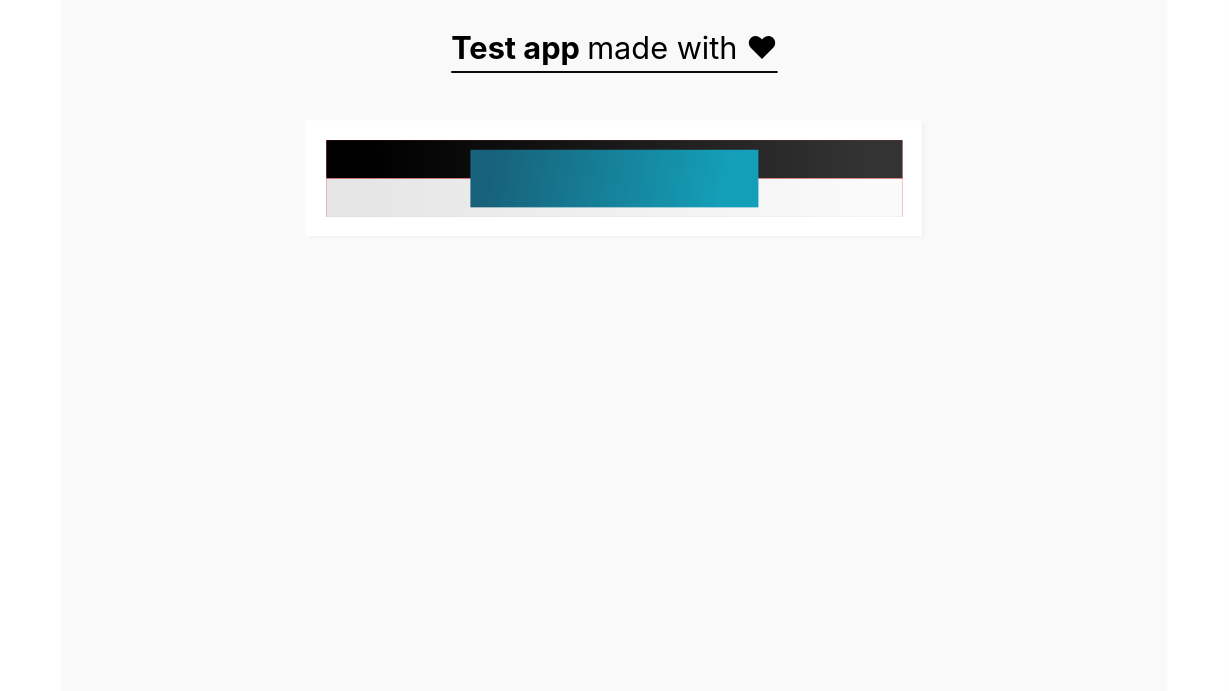
Repository: Khattak01/test-app
Page: /
These files come from the project's save history. The page is drawn as it stood at one moment and after the next save; the edit follows.
The browser window is 1280 px wide. The pictures show the whole page, at 96% of full size.
The project was rebuilt for these pictures with package versions that can differ from the ones it lists, and the page was loaded fresh each time.

Above is the page before, as saved 2021-05-12 08:06:57.

### public/index.html
<!DOCTYPE html>
<html lang="en">
  <head>
    <meta charset="utf-8" />
    <link rel="icon" href="%PUBLIC_URL%/favicon.ico" />
    <meta name="viewport" content="width=device-width, initial-scale=1" />
    <meta name="theme-color" content="#000000" />
    <meta
      name="description"
      content="Web site created using create-react-app"
    />
    <link rel="apple-touch-icon" href="%PUBLIC_URL%/logo192.png" />
    <!--
      manifest.json provides metadata used when your web app is installed on a
      user's mobile device or desktop. See https://developers.google.com/web/fundamentals/web-app-manifest/
    -->
    <link rel="manifest" href="%PUBLIC_URL%/manifest.json" />
    <!--
      Notice the use of %PUBLIC_URL% in the tags above.
      It will be replaced with the URL of the `public` folder during the build.
      Only files inside the `public` folder can be referenced from the HTML.

      Unlike "/favicon.ico" or "favicon.ico", "%PUBLIC_URL%/favicon.ico" will
      work correctly both with client-side routing and a non-root public URL.
      Learn how to configure a non-root public URL by running `npm run build`.
    -->
    <title>Test App</title>
  </head>
  <body>
    <noscript>You need to enable JavaScript to run this app.</noscript>
    <div id="root"></div>
    <!--
      This HTML file is a template.
      If you open it directly in the browser, you will see an empty page.

      You can add webfonts, meta tags, or analytics to this file.
      The build step will place the bundled scripts into the <body> tag.

      To begin the development, run `npm start` or `yarn start`.
      To create a production bundle, use `npm run build` or `yarn build`.
    -->
  </body>
</html>

### src/index.js
import React from 'react';
import ReactDOM from 'react-dom';
import './index.css';
import App from '../src/components/app/App';

ReactDOM.render(
  <React.StrictMode>
      <App />
  </React.StrictMode>,
  document.getElementById('root')
);

### src/index.css
*{
  margin: 0;
  padding: 0;
  box-sizing: border-box;
}
body {
  margin: 0;
  font-family: -apple-system, BlinkMacSystemFont, 'Segoe UI', 'Roboto', 'Oxygen',
    'Ubuntu', 'Cantarell', 'Fira Sans', 'Droid Sans', 'Helvetica Neue',
    sans-serif;
  -webkit-font-smoothing: antialiased;
  -moz-osx-font-smoothing: grayscale;
}

code {
  font-family: source-code-pro, Menlo, Monaco, Consolas, 'Courier New',
    monospace;
}

.container{
  width:90%;
  margin:auto auto;
  background-color: #f9f9f9;
  padding: 10px;
}

### src/components/app/App.js
import React from 'react'
import './App.css'
import Banner from '../banner/Banner'

const App = () => {
    return (
        <div className="app container">
            <h1>Test app <span style={{fontWeight:'lighter'}}> made with </span> &#10084;</h1>
            <Banner />
        </div>
    )
}

export default App

### src/components/app/App.css
.app {
  padding: 30px 0;
  min-height: 100vh;
  text-align: center;
}
.app > h1 {
  display: inline-block;

  text-align: center;
  width: max-content;
  padding-bottom: 5px;
  border-bottom: 2px solid black;
  margin-bottom: 50px;
}

:root {
  --color-primary: linear-gradient(
    100.28537797494744deg,
    rgba(23, 98, 122, 1) 6.8671875%,
    rgba(23, 98, 122, 1) 8.216145833333332%,
    rgba(20, 159, 184, 1) 87.80468749999999%
  );

  --color-dark: linear-gradient(
    89.76211853375082deg,
    rgba(0, 0, 0, 1) 5.893229166666666%,
    rgba(0, 0, 0, 1) 7.356770833333332%,
    rgba(51, 51, 51, 1) 93.70572916666666%
  );

  --color-light: linear-gradient(
    89.76211853375082deg,
    rgba(230, 230, 230, 1) 5.893229166666666%,
    rgba(230, 230, 230, 1) 7.356770833333332%,
    rgba(250, 250, 250, 1) 93.70572916666666%
  );
}

### src/components/banner/Banner.js
import React from 'react'
import classes from './Banner.module.css'

import Box from '../../UI/box/Box'

const Banner = () => {

    return (
        <Box className={classes.banner}>
            {/* <h1>Test App</h1>
            <button className={classes.banner__btn}>Button</button> */}
            <div className={classes.banner__top}></div>
            <div className={classes.banner__center}></div>
            <div className={classes.banner__bottom}></div>
        </Box>
    )
}

export default Banner

### src/components/banner/Banner.module.css
.banner {
  width: 100%;
  max-width: 40rem;
  min-width: 50vh;
  /* border: 1px solid black; */
  margin: auto auto;
  padding: 20px;
  position: relative;
}

.banner__top,.banner__bottom{
  height: 40px;
  width: 100%;
  background-color: red;
}
.banner__top{
  background-image: var(--color-dark);
}
.banner__center{
  position: absolute;
  top: 50%;
  left: 50%;
  transform: translate(-50%,-50%);

  background-image: var(--color-primary);
  width: 300px;
  height:60px
}
.banner__bottom{
  background-image: var(--color-light)
}



.banner__btn {
  margin: auto auto;
  width: 300px !important;
  display: flex;
  justify-content: center;
  align-items: center;
  /* background:#1AAB8A; */

  background-image: var(--color-primary);

  color: #fff;
  border: none;
  position: relative;
  height: 60px;
  font-size: 18px;
  padding: 0 20px;
  cursor: pointer;
  transition: 800ms ease all;
  outline: none;
}
.banner__btn:hover {
  background: #fff;
  color: #1aab8a;
}
.banner__btn:before,
.banner__btn:after {
  content: "";
  position: absolute;
  top: 0;
  right: 0;
  height: 2px;
  width: 0;
  background: #1aab8a;
  transition: 400ms ease all;
}
.banner__btn:after {
  right: inherit;
  top: inherit;
  left: 0;
  bottom: 0;
}
.banner__btn:hover:before,
.banner__btn:hover:after {
  width: 100%;
  transition: 800ms ease all;
}

### src/UI/box/Box.js

import React from 'react'
import classes from './Box.module.css'

const Box = (props) => {
    return (
        <div onClick={props.onClick} className={[classes.box,props.className].join(' ')}>
            {props.children}
        </div>
    )
}

export default Box

### src/UI/box/Box.module.css
.box {
  background-color: #ffffff;
  transition: all 0.25s cubic-bezier(0.86, 1.26, 0.59, 1.03);
  /* min-height: 1rem; */
  /* padding: 1rem; */
  /* border-radius: 1rem; */
  box-shadow: 2px 2px 2px #f2f2f2, -2px -1px 3px #ffffff;
}
.box:hover {
  /* transform: translateZ(0) scale(1.05); */
  backface-visibility: hidden;
}

After the next save:
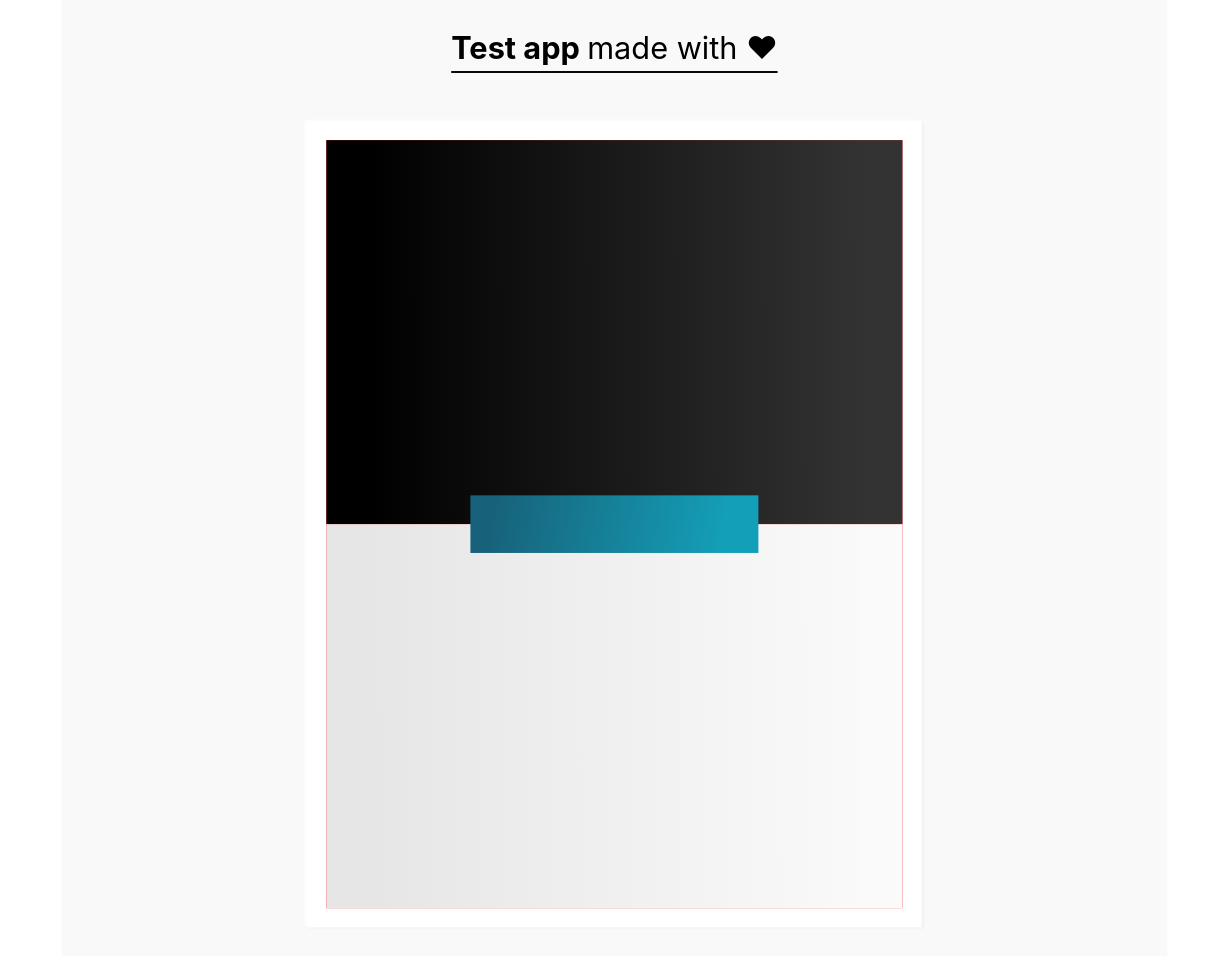
Saved 29 s later.
--- a/src/components/banner/Banner.module.css
+++ b/src/components/banner/Banner.module.css
@@ -9,7 +9,7 @@
 }
 
 .banner__top,.banner__bottom{
-  height: 40px;
+  min-height: 400px;
   width: 100%;
   background-color: red;
 }
